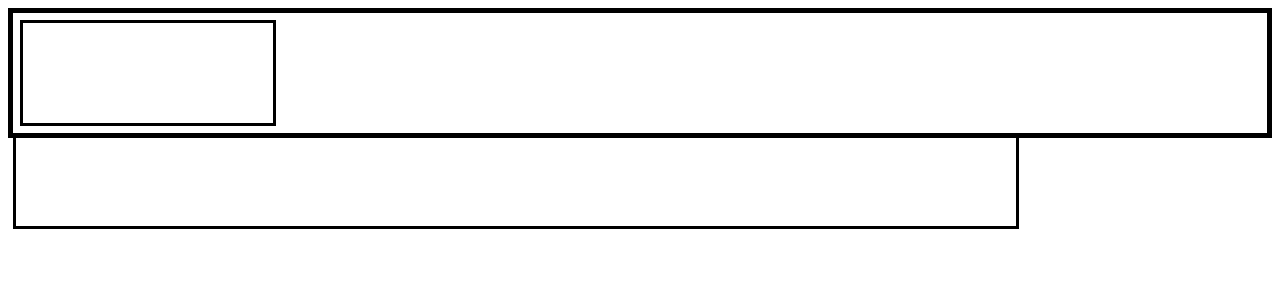
Repository: cartervandekamp/htmlstructure.mdia2003
Page: htmlstructure-psd/index.html
These files come from the project's save history. The page is drawn as it stood at one moment and after the next save; the edit follows.
The browser window is 1280 px wide. The pictures show the whole page.

Above is the page before, as saved 2023-01-16 18:02:33.

### htmlstructure-psd/index.html
<!DOCTYPE html>
<html lang="en">
<head>
    <title>Document</title>
    <link rel="stylesheet" href="style.css">
</head>
<body>
    <div class="toprow">
        <div class="topleft"></div>
        <div class="topmiddle"></div>
        <div class="topright"></div>
    </div>
    <div class="thinbar"></div>
    <div class="secondrow">
        <div class="secondleft"></div>
        <div class="secondmiddle"></div>
        <div class="secondright"></div>
    </div>
    <div class="middlecontent">
        <div class="middleleftone">
            <div class="titletextone"></div>
            <div class="bodytextone"></div>
            <div class="footerone"></div>
        </div>
        <div class="middlelefttwo">
            <div class="titletexttwo"></div>
            <div class="bodytexttwo"></div>
            <div class="footertwo"></div>
        </div>
    </div>
    <div class="middlerightone"></div>
    <div class="middlerighttwo"></div>
    <div class="middlerightthree"></div>
    <div class="middletextfour"></div>
<div class="footer">
    <div class="footertitle"></div>
    <div class="footercontent">
        <div class="footercontentone"></div>
        <div class="footercontenttwo"></div>
        <div class="footercontentthree"></div>
        <div class="footercontentfour"></div>
    </div>
    <div class="footerbottom"></div>
</div>

</body>
</html>

### htmlstructure-psd/style.css
body {
    border-style: solid;
    border-color: black;
    border-width: 2px;
}

.toprow {
    height: 120px;
    border-style: solid;
    border-color: black;
}

.topleft {
    height: 100px;
    width: 250px;
    margin: 7px;
    border-style: solid;
    border-color: black;
}

.topmiddle {
    height: 90px;
    width: 600px;
    border-style: solid;
    border-color: black;
    align-items: center;
padding-left: 400px;
}

After the next save:
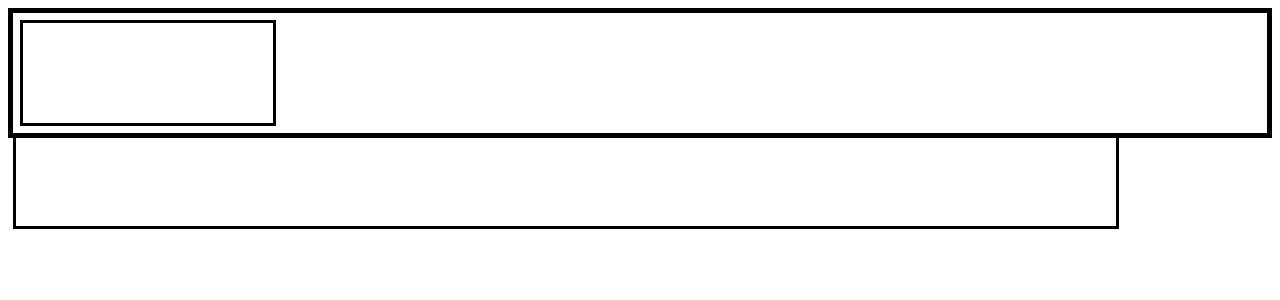
Saved 9 s later.
--- a/htmlstructure-psd/style.css
+++ b/htmlstructure-psd/style.css
@@ -24,5 +24,5 @@ body {
     border-style: solid;
     border-color: black;
     align-items: center;
-padding-left: 400px;
+padding-left: 500px;
 }
